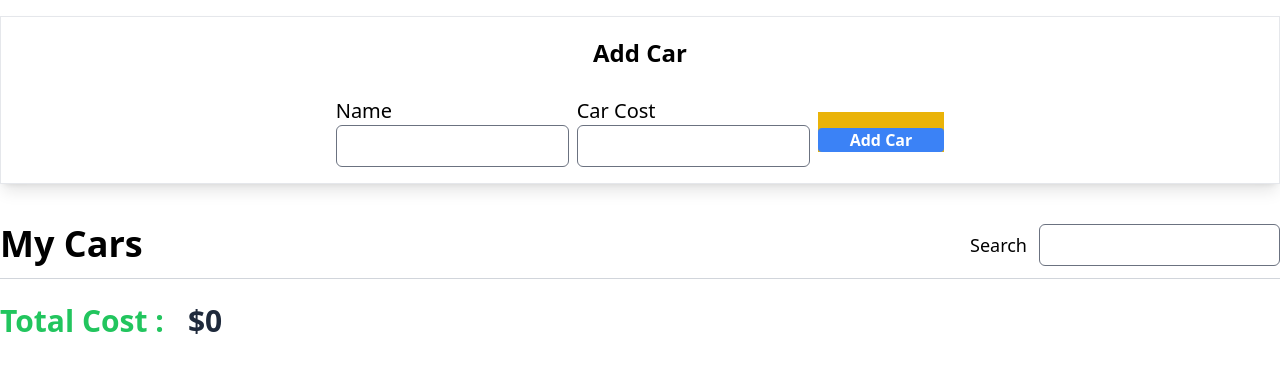
Repository: Marhamat92/carsappreduxtoolkit
Page: /
An editor plug-in stored every save of this project. The page is shown before and after the next save, followed by the edit.
The browser window is 1280 px wide. The pictures show the whole page.
The project was rebuilt for these pictures with package versions that can differ from the ones it lists, and the page was loaded fresh each time.

Above is the page before, as saved 2023-01-24 00:57:07.

### src/index.js
import React from 'react';
import ReactDOM from 'react-dom/client';
import './index.css';
import App from './App';
import { Provider } from 'react-redux';
import { store } from './store'


const root = ReactDOM.createRoot(document.getElementById('root'));
root.render(
  <Provider store={store}>
    <App />
  </Provider>
);

### src/App.js
import CarForm from "./components/CarForm";
import CarList from "./components/CarList";
import CarSearch from "./components/CarSearch";
import CarValue from "./components/CarValue";


function App() {
  return (
    <div className="container mx-auto">
      <CarForm />
      <CarSearch />
      <CarList />
      <CarValue />
    </div>
  );
}

export default App;

### src/store/index.js
import { configureStore } from "@reduxjs/toolkit";
import {
  carsReducer,
  addCar,
  removeCar,
  changeSearchTerm,
} from "./slices/carsSlice";
import { formReducer, changeName, changeCost } from "./slices/formSlice";

const store = configureStore({
  reducer: {
    cars: carsReducer,
    form: formReducer,
  },
})

export { store, addCar, removeCar, changeSearchTerm, changeName, changeCost };

### src/components/CarForm.js
import React from 'react'
import { useDispatch, useSelector } from 'react-redux'
import { changeName, changeCost, addCar } from '../store'



function CarForm() {
  const dispatch = useDispatch(); // this is the hook that allows us to dispatch actions to the store
  const { name, cost } = useSelector((state) => { // this is the hook that allows us to access the store
    return {
      name: state.form.name,
      cost: state.form.cost
    }
  })


  const handleNameChange = (e) => {
    dispatch(changeName(e.target.value))
  }

  const handleCostChange = (e) => {
    const carCost = parseInt(e.target.value) || 0;
    dispatch(changeCost(carCost))

  }


  const handleSubmit = (e) => {
    e.preventDefault();
    dispatch(addCar({ name, cost }))
  }


  //!after adding a car, clear the form fields with extra reducers which will be added to the formSlice,otherwise we can use dispatch(changeName('')) and dispatch(changeCost(0)) to clear the form fields but it is not a good practice



  return (
    <div className='flex flex-col items-center justify-center border shadow-lg py-4 mt-4'>
      <h1 className='font-bold text-2xl py-1' >Add Car</h1>
      <div className='mt-6'>
        <form onSubmit={handleSubmit} className=''>
          <div className='flex flex-row space-x-2 items-center justify-center'>
            <div className='flex flex-col'>
              <label className='text-xl' htmlFor='make'>Name</label>
              <input className=' border border-gray-500 rounded-md py-2

              ' value={name} onChange={handleNameChange} type='text' name='carName' id='carName' />
            </div>
            <div className='flex flex-col'>
              <label className='text-xl' htmlFor='price'>Car Cost</label>
              <input className=' border border-gray-500 rounded-md py-2

              ' value={cost || ''} onChange={handleCostChange} type='number' name='price' id='price' />
            </div>
            <div className='flex items-center justify-center bg-yellow-500'>
              <button className='bg-blue-500 hover:bg-blue-700 text-white font-bold   px-8 rounded mt-4' type='submit'>Add Car</button>
            </div>
          </div>


        </form>
      </div>
    </div>
  )
}

export default CarForm

### src/components/CarList.js
import React from 'react'
import { useSelector, useDispatch } from 'react-redux'
import { removeCar } from '../store'


function CarList() {


  const dispatch = useDispatch();

  const cars = useSelector(({ cars: { searchTerm, data } }) => {   //! <--- destructuring the state object to get the searchTerm and data properties
    return data.filter((car) => {
      return car.name.toLowerCase().includes(searchTerm.toLowerCase())
    })
  })

  const handleDeleteCar = (car) => {
    dispatch(removeCar(car.id))
  }



  const renderedCars = cars.map((car) => {
    return (
      <div className='flex justify-between space-y-3 items-center shadow-lg mt-4 py-2 px-4 rounded-md' key={car.id}>
        <p className='text-3xl' >{car.name} - ${car.cost}</p>
        <button onClick={() => handleDeleteCar(car)} className='bg-red-500 px-4 py-2 text-3xl rounded-md'>
          Remove
        </button>
      </div>
    )
  })




  return (
    <div>{renderedCars}</div>
  )
}

export default CarList

### src/components/CarSearch.js
import React from 'react'
import { useSelector, useDispatch } from 'react-redux'
import { changeSearchTerm } from '../store'


function CarSearch() {

  const dispatch = useDispatch();
  const searchTerm = useSelector((state) => {

    return state.cars.searchTerm

  })

  const handleSearchCarTerm = (e) => {
    dispatch(changeSearchTerm(e.target.value))
  }



  return (
    <div>
      <div className='flex justify-between mt-10 border-b border-gray-300 pb-3' >
        <h1 className='text-4xl font-bold' >My Cars</h1>
        <div className='flex space-x-3 items-center' >
          <label className='text-lg' htmlFor="">Search</label>
          <input value={searchTerm} onChange={handleSearchCarTerm} className='pl-2 border border-gray-500 py-2 rounded-md' type="text" />
        </div>
      </div>
    </div>
  )
}

export default CarSearch

### src/components/CarValue.js
import React from 'react'
import { useSelector } from 'react-redux'

function CarValue() {

  const totalCost = useSelector(({ cars: { data, searchTerm } }) =>
    data.filter((car) => car.name.toLowerCase().includes(searchTerm.toLowerCase())
    )
      .reduce((acc, car) => acc + car.cost, 0)
  );



  return (
    <div className='flex  space-x-6 mt-6'>
      <h1 className='text-3xl font-bold text-green-500' >Total Cost :</h1>
      <h1 className='text-3xl font-bold text-slate-800'>${totalCost}</h1>
    </div>
  )
}

export default CarValue

### src/store/slices/carsSlice.js
import { createSlice, nanoid } from '@reduxjs/toolkit';

const carsSlice = createSlice({
  name: 'cars',
  initialState: {
    data: [],
    searchTerm: ''
  },
  reducers: {
    changeSearchTerm(state, action) {
      state.searchTerm = action.payload;
    },
    addCar(state, action) {
      //Assumption:
      //action.payload is an object with the following properties:
      //name, cost, id
      state.data.push({
        name: action.payload.name,
        cost: action.payload.cost,
        id: nanoid()
      })
    },
    removeCar(state, action) {
      //Assumption:
      //action.payload is the id of the car to remove
      const updatedCars = state.data.filter((car) => {
        return car.id !== action.payload;
      })
      state.data = updatedCars;
    }

  }
})

export const { changeSearchTerm, addCar, removeCar } = carsSlice.actions;
export const carsReducer = carsSlice.reducer;

### src/store/slices/formSlice.js
import { createSlice } from '@reduxjs/toolkit';
import { addCar } from './carsSlice';

const formSlice = createSlice({
  name: 'form',
  initialState: {
    name: '',
    cost: 0
  },
  reducers: {
    changeName(state, action) {
      state.name = action.payload;
    },
    changeCost(state, action) {
      state.cost = action.payload;
    }
  },
  extraReducers(builder) {
    builder.addCase(addCar, (state, action) => {
      state.name = '';
      state.cost = 0;
    })
  }
})

//extraReducers is a function that takes a builder object as an argument and we can use the builder object to add extra reducers to the formSlice
//addCase is a function that takes an action and a reducer as arguments and adds the reducer to the formSlice
//the reducer will be called when the action is dispatched


export const { changeName, changeCost } = formSlice.actions;
export const formReducer = formSlice.reducer;

Loaded but not shown: public/index.html (common file); src/index.css (common file); tailwind.config.js (common file)

After the next save:
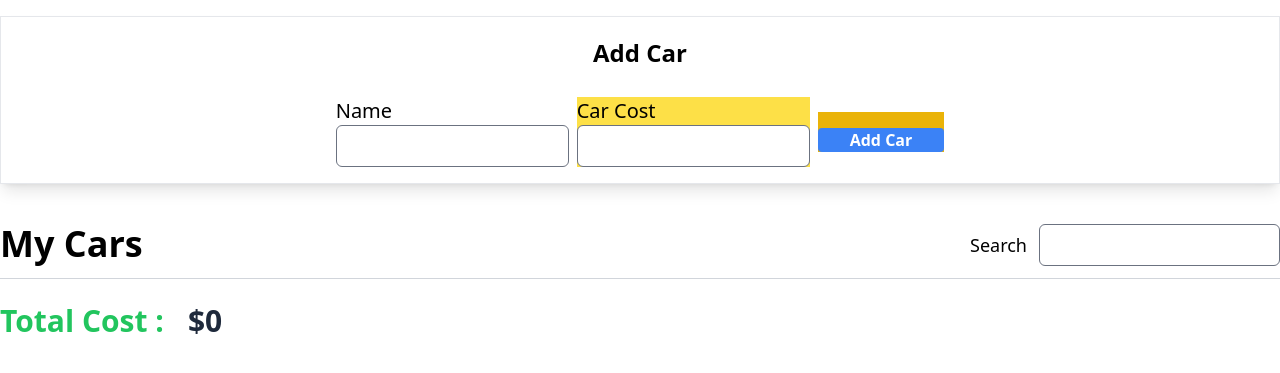
Saved 16 s later.
--- a/src/components/CarForm.js
+++ b/src/components/CarForm.js
@@ -47,7 +47,7 @@ function CarForm() {
 
               ' value={name} onChange={handleNameChange} type='text' name='carName' id='carName' />
             </div>
-            <div className='flex flex-col'>
+            <div className='flex flex-col bg-yellow-300'>
               <label className='text-xl' htmlFor='price'>Car Cost</label>
               <input className=' border border-gray-500 rounded-md py-2
 

After the save that followed:
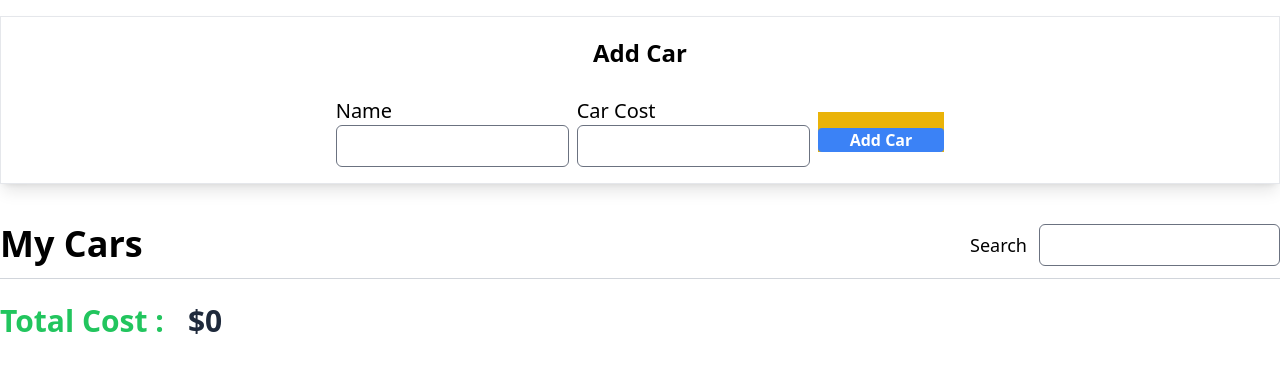
Saved 38 s later.
--- a/src/components/CarForm.js
+++ b/src/components/CarForm.js
@@ -47,7 +47,7 @@ function CarForm() {
 
               ' value={name} onChange={handleNameChange} type='text' name='carName' id='carName' />
             </div>
-            <div className='flex flex-col bg-yellow-300'>
+            <div className='flex flex-col'>
               <label className='text-xl' htmlFor='price'>Car Cost</label>
               <input className=' border border-gray-500 rounded-md py-2
 
